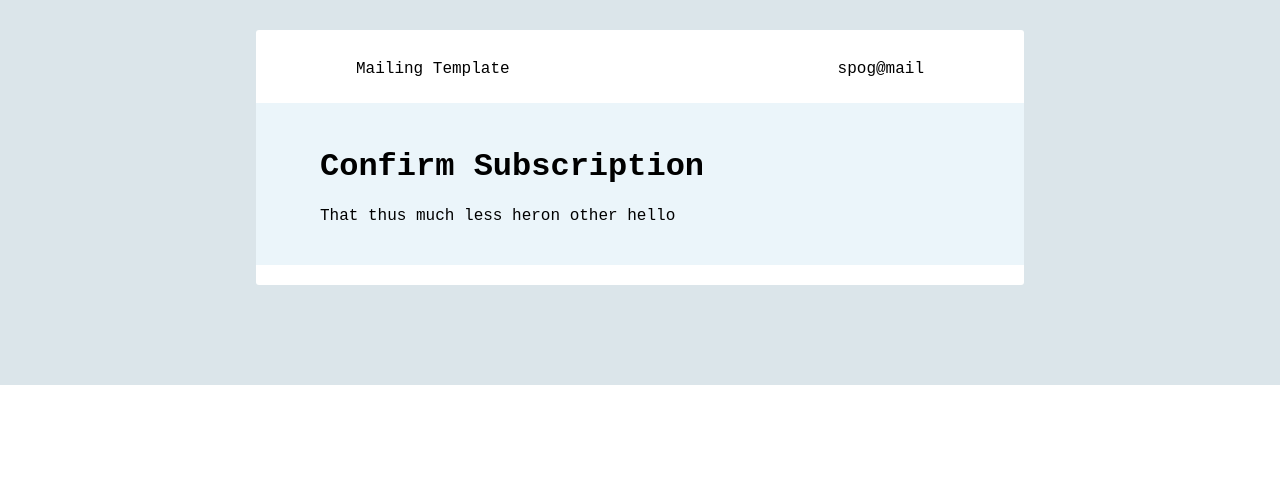
Repository: Lecon-Git/Appmail-Template
Page: mail.html
The author's editor kept a copy of each file at every save. The page is drawn from the files as they stood at one save, then again after the next save.
The browser window is 1280 px wide. The pictures show the whole page.

Above is the page before, as saved 2021-11-01 21:39:08.

After the next save:
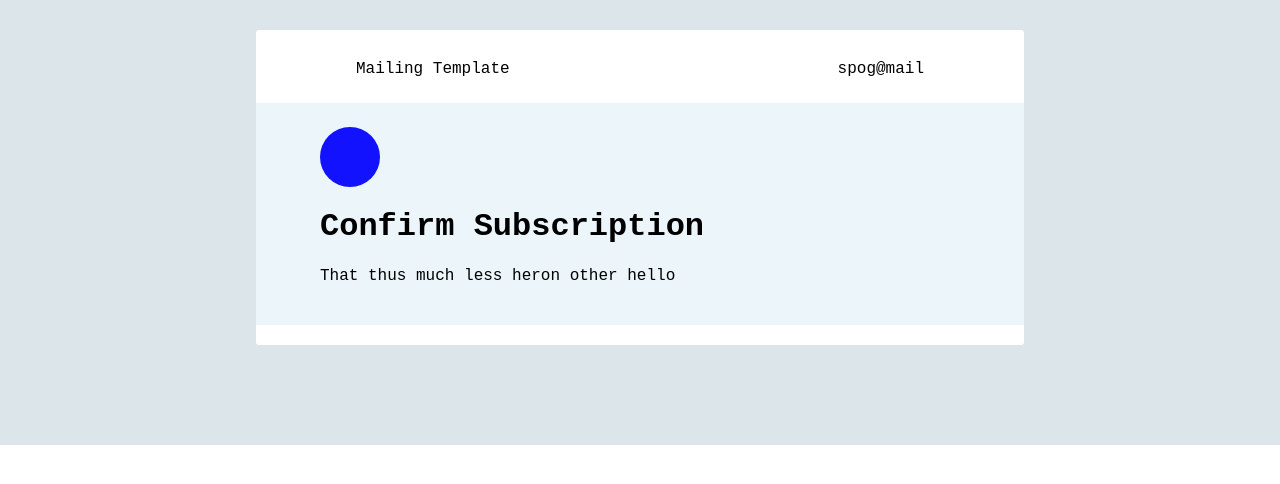
Saved 18 s later.
--- a/css/mail.css
+++ b/css/mail.css
@@ -37,7 +37,7 @@ body {
     padding: 24px 64px;
 }
 
-.sphere {
+.circle {
     width: 60px;
     height: 60px;
     border-radius: 30px;
